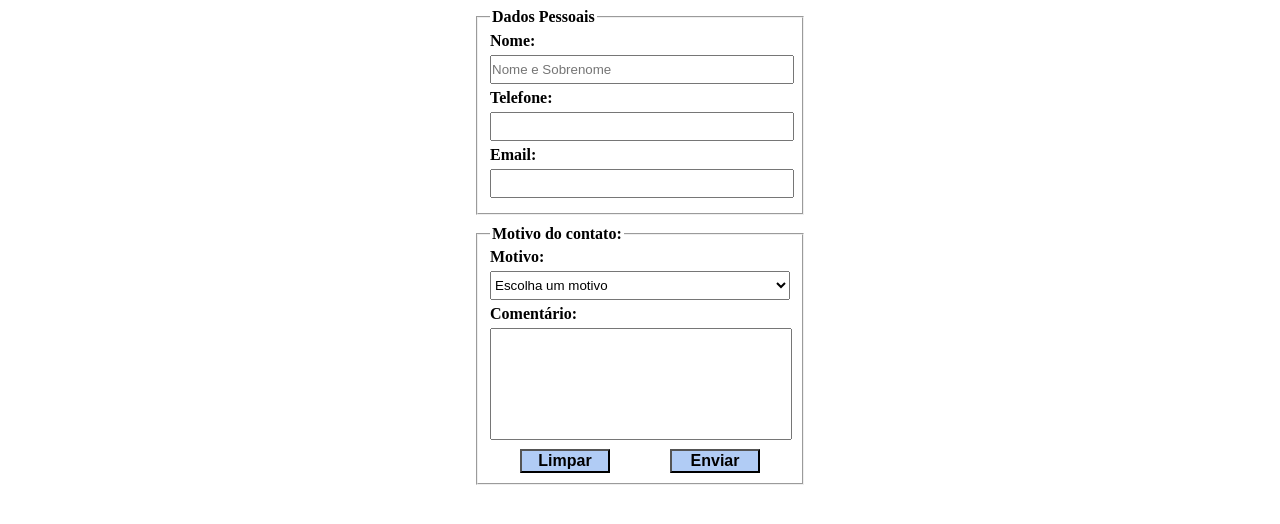
Repository: vitorrausis/Projeto_Final_TrilhaWeb
Page: ProjetoWebJava-main/exemploServlet/src/main/webapp/contato.html
These files come from the project's save history. The page is drawn as it stood at one moment and after the next save; the edit follows.
The browser window is 1280 px wide. The pictures show the whole page.

Above is the page before, as saved 2024-03-21 23:28:26.

After the next save:
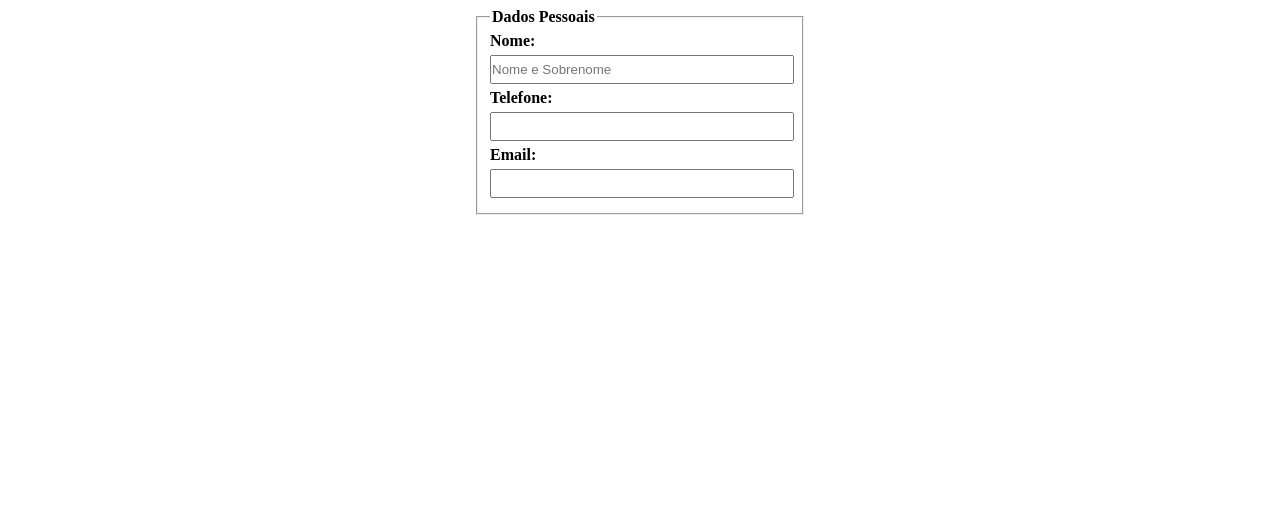
Saved 52 s later.
--- a/ProjetoWebJava-main/exemploServlet/src/main/webapp/contato.html
+++ b/ProjetoWebJava-main/exemploServlet/src/main/webapp/contato.html
@@ -17,21 +17,6 @@
                 <input type="email" name="txtemail" id="email">
             </fieldset>
 
-            <fieldset class="faleConosco">
-                <legend class="tituloFormMotivo">Motivo do contato:</legend>
-                <label for="Motivo">Motivo: </label>
-                <select name="selmotivo" id="Motivo" onchange="verificaMotivo(this.value)">
-                    <option value="">Escolha um motivo</option>
-                    <option value="RE">Reclamação</option>
-                    <option value="SU">Sugestão</option>
-                    <option value="PR">Informção sobre produto</option>
-                </select>
-                <div id="opcaoProduto"></div>
-                <label for="comentario">Comentário: </label>
-                <textarea name="txacomentario" id="comentario"></textarea>
-                <button type="reset" onclick="verificaMotivo(null)">Limpar</button><button type="submit">Enviar</button>
-            </fieldset>
-
         </form>
 </body>
 </html>
